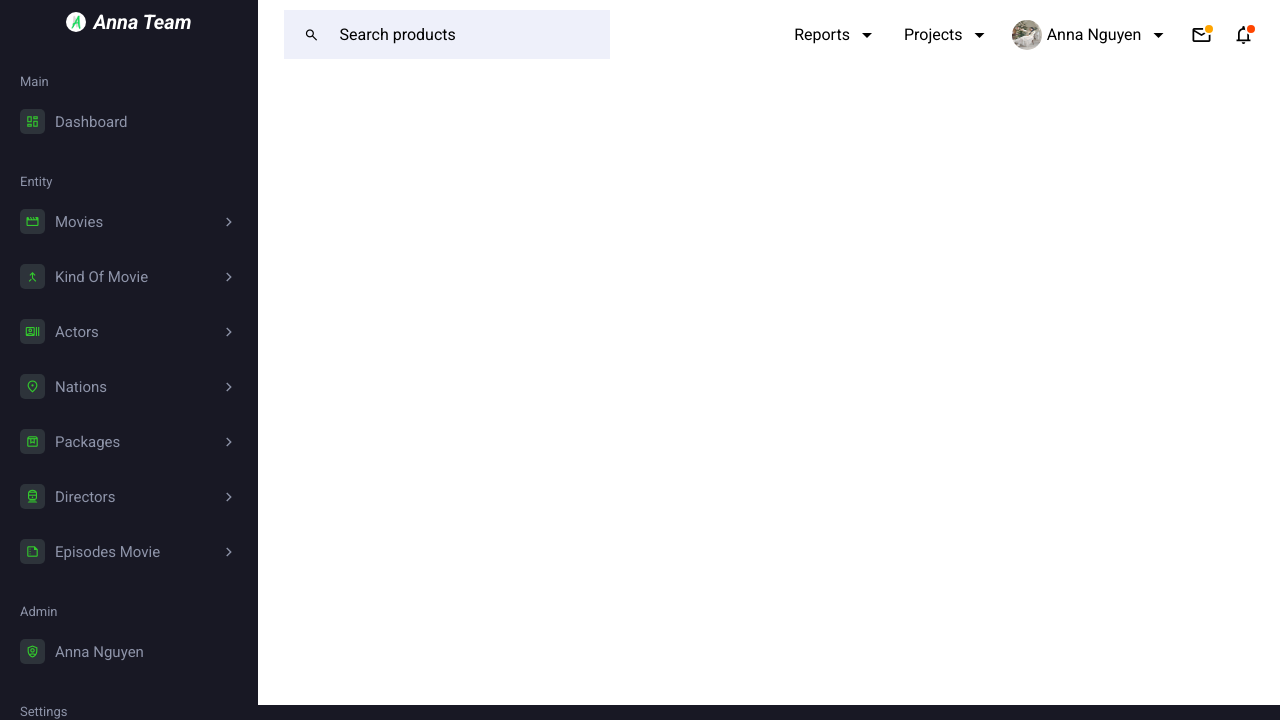
Repository: tuankiet10920/admin_vuejs
Page: / (app in frontend/)
An editor plug-in stored every save of this project. The page is shown before and after the next save, followed by the edit.
The browser window is 1280 px wide. The pictures show the whole page.
The page's requests for data from a server got no answer. The project was rebuilt for these pictures with package versions that can differ from the ones it lists, and the page was loaded fresh each time. No one was signed in, and anything a server would have sent is missing. Also part of the build but not shown: frontend/vite.config.js, frontend/src/views/HeaderView.vue, frontend/src/components/btn_action.vue.

Above is the page before, as saved 2024-09-30 20:50:13.
Console error: TypeError: this.body.forEach is not a function

### frontend/index.html
<!DOCTYPE html>
<html lang="en">

<head>
  <meta charset="UTF-8">
  <link rel="icon" href="/favicon.ico">
  <meta name="viewport" content="width=device-width, initial-scale=1.0">
  <title>Vite App</title>
  <link rel="stylesheet"
    href="https://fonts.googleapis.com/css2?family=Material+Symbols+Outlined:opsz,wght,FILL,GRAD@24,400,0,0" />
  <link rel="preconnect" href="https://fonts.googleapis.com">
  <link rel="preconnect" href="https://fonts.gstatic.com" crossorigin>
  <link
    href="https://fonts.googleapis.com/css2?family=Roboto:ital,wght@0,100;0,300;0,400;0,500;0,700;0,900;1,100;1,300;1,400;1,500;1,700;1,900&display=swap"
    rel="stylesheet">
  <link rel="stylesheet" href="./src/assets/css/style.css">
</head>

<body>
  <div id="app"></div>
  <script type="module" src="/src/main.js"></script>
</body>

</html>

### frontend/src/assets/css/style.css
* {
    margin: 0;
    padding: 0;
    box-sizing: border-box;
    text-decoration: none;
    list-style: none;
    font-family: "Roboto", sans-serif;
}
body {
    width: 100%;
    display: flex;
    justify-content: center;

}

#app {
    width: 100%;
    position: relative;
    display: flex;
}

body::-webkit-scrollbar-thumb {
    background: #0b4a08;
    /* Màu nền của phần kéo */
    /* Làm tròn góc */
}

body::-webkit-scrollbar {
    width: 15px;
    /* Độ rộng của thanh cuộn */
}

body::-webkit-scrollbar-track {
    background: #181824;
    /* Màu nền của phần track */
}

### frontend/src/App.vue
<template>
  <!-- sidebar -->
  <SideBar />

  <!-- main -->
  <div class="main-panel">
    <div class="main-panel-container">
      <!-- navbar -->
      <NavBar ref="navbar" @height-Navbar="getHeightNavbar" />

      <!-- main -->
      <!-- use router to switch views -->
      <RouterView class="main-views" :style="{ top: heightNavbar }"/>

      <!-- footer -->
      <Footer class="app-footer"/>
    </div>
  </div>
</template>

<script>
import { RouterView } from "vue-router";
import Header from "./views/HeaderView.vue";
import Footer from "./views/FooterView.vue";
import NavBar from "./components/navbar.vue";
import SideBar from "./components/sidebar.vue";
import { ref } from "vue";



export default {
  data() {
    return {
      heightNavbar: ref(0),
    };
  },
  components: {
    NavBar,
    SideBar,
    RouterView,
    Footer
  },
  methods: {
    getHeightNavbar: function (height) {
      this.heightNavbar = height + "px";
    }
  },

};
</script>

<style scoped>
.main-panel {
  position: absolute;
  top: 0;
  right: 0;
  width: calc(100% - 258px);
}

.main-panel-container {
  width: 100%;
  position: relative;
}
.main-views {
  position: absolute;
  min-height: 100vh;
  background: #F0F1F6;
}
.app-footer{
  position: fixed;
  bottom: 0;
  z-index: 100;
}
</style>

### frontend/src/views/FooterView.vue
<template>
  <div class="footer" @mouseover="footerHover" @mouseleave="footerLeave">
    <span v-if="checkFooter" v-html="textSpan"></span>
  </div>
</template>
<script>
import { ref } from "vue";
export default {
  data() {
    return {
      textSpan: "Contact: tuankiet10920@gmail.com",
      checkFooter: ref(false),
    };
  },
  methods: {
    footerHover: function () {
      let footer = document.querySelector(".footer");
      footer.classList.add("footer-active");
      footer.classList.remove("footer-active-live");
      this.checkFooter = true;
    },
    footerLeave: function () {
      let footer = document.querySelector(".footer");
      footer.classList.remove("footer-active");
      footer.classList.add("footer-active-live");
      this.checkFooter = false;
    },
  },
};
</script>
<style scoped>
.footer {
  height: 15px;
  width: calc(100% - 258px);
  padding: 5px 0px;
  display: flex;
  justify-content: center;
  align-items: center;
  background: #181824;
  color: #8e94a9;
}
.footer-active {
  height: 50px;
  animation: footer-show 0.3s linear;
  border-top: 10px solid #33c92d;
}
.footer-active-live {
  animation: footer-leave 0.3s linear;
  border-top: 10px solid #f0f1f6;
}
@keyframes footer-leave {
  0% {
    height: 50px;
    border-top: 10px solid #33c92d;
  }
  100% {
    border-top: 10px solid #f0f1f6;
    height: 15px;
  }
}
@keyframes footer-show {
  0% {
    border-top: 10px solid #f0f1f6;
    height: 15px;
  }
  100% {
    border-top: 10px solid #33c92d;
    height: 50px;
  }
}
.footer span {
  font-size: 10px;
}
</style>

### frontend/src/components/navbar.vue
<template>
  <nav class="navbar" ref="navbar">
    <div class="navbar-container">
      <div class="navbar-left">
        <SearchNavbar />
      </div>
      <div class="navbar-right">
        <LinkNavbar v-for="el in link_navbars" :key="el.id" :data="el"/>
        <NotifyButton v-for="btn in btn_notify" :key="btn.id" :data="btn"/>
      </div>
    </div>
  </nav>
</template>
<script>
import SearchNavbar from './search_navbar.vue'
import LinkNavbar from './link_navbar.vue'
import NotifyButton from './btn_notify.vue'
export default {
  data() {
    return {
      link_navbars: [
        {
          id: 1,
          name: 'Reports',
          optionImage: {
            isImage: false,
            srcImage: null
          }
        },
        {
          id: 2,
          name: 'Projects',
          optionImage: {
            isImage: false,
            srcImage: null
          }
        },
        {
          id: 3,
          name: 'Anna Nguyen',
          optionImage: {
            isImage: true,
            srcImage: 'bf-girl.jpg'
          }
        }
      ],
      btn_notify: [
        {
          id: 1,
          name_icon: 'mail',
          color_notify: 'orange'
        },
        {
          id: 2,
          name_icon: 'notifications',
          color_notify: 'orangered'
        }
      ]
    };
  },
  components: {
    SearchNavbar,
    LinkNavbar,
    NotifyButton
  },
  methods: {},
  mounted: function () {
    const heightNavbar = this.$refs.navbar.clientHeight;
    this.$emit("heightNavbar", heightNavbar);
  },
};
</script>
<style scoped>
.navbar {
  width: 100%;
  position: fixed;
  top: 0;
  width: calc(100% - 258px);
  z-index: 5;
  background: #fff;
  display: flex;
  justify-content: center;
  padding: 10px 0px;
}
.navbar-container{
  width: 95%;
  display: flex;
  justify-content: space-between;
  align-items: center;
}
.navbar-left{
  width: 30%;
  max-width: 30%;
  display: flex;
  align-items: center;
}
.navbar-right{
  width: 50%;
  max-width: 60%;
  display: flex;
  justify-content: end;
  align-items: center;
}
</style>

### frontend/src/views/HomeView.vue
<script setup>
import TableCustom from "../components/table.vue";
import { getData } from "@/api/connectApi";
import { ref, onMounted } from 'vue'

const headtb = ["stt", "name", "descib", "action"];
const movies = ref(0)


// ... rest of your code
onMounted(() => {
  getData()
  .then((response) => {
    movies.value = response
  })
  .catch((error) => {
    console.log(error);
  });
})
</script>

<template>
  <div class="template-box">
    <div class="dashboard">
      <h1>Dashboard</h1>
      <div class="all-movies">
        <h2>All Movies</h2>
        <TableCustom class="table-all-movies" :headtb="headtb" :bodytb="movies" />
      </div>
    </div>
  </div>
</template>
<style scoped>
.template-box {
  width: 100%;
  display: flex;
  justify-content: center;
}

.dashboard {
  width: 90%;
}

.box {
  background: #000;
  width: 100px;
  height: 150px;
  margin-bottom: 10px;
}

.all-movies {
  background: #fff;
  width: 100%;
}

.dashboard h1 {
  padding: 30px 0px;
  font-weight: 300;
}

.all-movies h2 {
  font-weight: 300;
  margin-bottom: 20px;
}
</style>

### frontend/src/components/search_navbar.vue
<template>
  <form class="navbar-search">
    <span class="material-symbols-outlined search-input"> search </span>
    <label for="seach-navbar-input" style="display: none"></label>
    <input type="text" id="seach-navbar-input" placeholder="Search products" />
  </form>
</template>
<script></script>
<style scoped>
.navbar-search {
  width: fit-content;
  padding: 15px 20px;
  background: #eef0fa;
  display: flex;
  align-items: center;
}
#seach-navbar-input {
  border: none;
  outline: none;
  padding-left: 20px;
  background: none;
  font-size: 16px;
  width: 270px;
}
#seach-navbar-input::placeholder{
    color: #000;
}
.search-input{
    font-size: 16px;
    color: #000;
}
</style>

### frontend/src/components/link_navbar.vue
<template>
  <div class="link-navbar">
    <div v-if="data_link.active_image" class="link-navbar-image">
      <img :src="data_link.src_link" alt="bf-girl" />
    </div>
    <div class="link-navbar-name">
      <p v-html="data_link.name_link"></p>
    </div>
    <span class="material-symbols-outlined"> arrow_drop_down </span>
  </div>
</template>
<script>
export default {
  props: {
    data: Object,
  },
  data() {
    return {
      data_link: {
        name_link: this.data.name,
        src_link:
          "http://localhost:5173/src/assets/img/" + this.data.optionImage.srcImage,
        active_image: this.data.optionImage.isImage,
      },
    };
  },
  methods: {},
};
</script>
<style scoped>
.link-navbar {
  display: flex;
  align-items: center;
  margin-left: 20px;
  cursor: pointer;
}
.link-navbar-image {
  width: 30px;
  height: 30px;
  object-fit: cover;
  border-radius: 50%;
  overflow: hidden;
}
.link-navbar-image img {
  width: 100%;
  height: 100%;
}
.link-navbar-name {
  margin: 0px 5px;
}
</style>

### frontend/src/components/btn_notify.vue
<template>
  <div class="btn-notify">
    <span class="material-symbols-outlined icon-notify" v-html="btn_notify.name"></span>
    <div class="notify-circle" :style="{ background: btn_notify.color }"></div>
  </div>
</template>
<script>
export default {
    props: {
        data: Object
    },
    data(){
        return{
            btn_notify: {
                id: this.data.id,
                name: this.data.name_icon,
                color: this.data.color_notify
            }
        }
    },
}
</script>
<style scoped>
.btn-notify {
  position: relative;
  height: fit-content;
  margin-left: 20px;
  cursor: pointer;
  display: flex;
  justify-content: center;
  align-items: center;
}
.icon-notify{
    font-size: 22px;
}
.notify-circle {
  position: absolute;
  top: -3%;
  right: -10%;
  width: 12px;
  height: 12px;
  border-radius: 50%;
  transform-origin: center;
  border: 2px solid #fff;
  animation: zoomin 0.5s linear;
}
@keyframes zoomin {
  25% {
    transform: scale(150%);
  }
  50% {
    transform: scale(100%);
  }
  75% {
    transform: scale(150%);
  }
  100% {
    transform: scale(100%);
  }
}
</style>

### frontend/src/components/link_sidebar.vue
<template>
  <div class="link-sidebar">
    <RouterLink :to="link_router">
      <span class="material-symbols-outlined arrow-forward"> arrow_forward </span>
      <p class="link-name" @click="changeColorLinkName" v-html="info"></p>
    </RouterLink>
  </div>
</template>
<script>
export default {
    data(){
        return{
            link_router: '/'
        }
    },
    props: {
        index: Number,
        info: String
    },
    methods: {
        changeColorLinkName: function(){
            let link_names = document.querySelectorAll('.link-name')
            let arrow_forward = document.querySelectorAll('.arrow-forward')
            link_names.forEach((element, index) => {
                element.classList.remove('active')
                arrow_forward[index].classList.remove('active')
            });
            link_names[this.index].classList.add('active')
            arrow_forward[this.index].classList.add('active')
        }
    }
}
</script>
<style scoped>
    .link-sidebar {
        width: 100%;
        padding: 10px 0px;
    }
    .link-sidebar a{
        width: 100%;
        display: flex;
        align-items: center;
    }
    .arrow-forward{
        font-size: 14px;
        margin-right: 30px;
        color: #8e94a9;
        /* #44495A */
        font-weight: 600;
    }
    .link-name{
        color: #8e94a9;
        font-size: 12px;
        transition: all .3s ease-in-out;
        font-weight: 600;
    }
    .link-name:hover{
        color: #44495A;
    }
    .active{
        color: #33c92d;
    }
</style>

### frontend/src/components/group_dashboard.vue
<template>
  <div class="group-dashboard">
    <div class="group-icon">
      <span class="material-symbols-outlined"> {{ data.icon_name }} </span>
    </div>
    <div class="group-name">
      <p>{{ data.name }}</p>
    </div>
    <span v-if="data.arrow_right === true"class="material-symbols-outlined arrow-right"> keyboard_arrow_right </span>
  </div>
</template>
<script>
export default {
    data(){
        return{
            data: this.info
        }
    },
    props: {
        info: Object
    }
}
</script>
<style scoped>
.group-dashboard {
  width: 100%;
  display: flex;
  align-items: center;
  padding: 10px 0px;
  position: relative;
  cursor: pointer;
  margin-top: 10px;
}
.group-icon {
  margin-right: 10px;
  display: flex;
  justify-content: center;
  align-items: center;
  padding: 5px;
  border-radius: 5px;
  background: rgba(194, 244, 219, 0.12);
}
.group-icon span {
  font-size: 15px;
  color: #33c92d;
}
.group-name p {
  color: #8e94a9;
  font-size: 15px;
  transition: all .3s ease-in-out;
}
.group-name p:hover{
  color: #fff;
}
.arrow-right{
  font-size: 18px;
  color: #8e94a9;
  position: absolute;
  top: 50%;
  right: 0;
  transform: translateY(-50%);
}
</style>

### frontend/src/components/table.vue
<template>
  <table class="table_custom">
    <thead>
      <tr>
        <th v-for="element in head" :style="{ width: `calc(100% / ${head.length})` }">
          <span v-html="element"></span>
        </th>
      </tr>
    </thead>
    <tbody>
      <tr v-for="element in body">
        <td v-for="key in Object.keys(element)" :style="{ width: `calc(100% / ${head.length})` }">
          <div class="button-box" v-if="key === 'action'">
            <a href="#" class="box-action" v-for="action in element[key]">
              <BtnAction :properties="action"/>
            </a>
          </div>
          <div class="text-box" v-else>
            <span
             v-html="element[key]" ></span
            >
          </div>
        </td>
      </tr>
    </tbody>
  </table>
</template>
<script>
import BtnAction from './btn_action.vue'
export default {
  data() {
    return {
      head: this.headtb,
      body: this.bodytb,
      data: this.bodytb,
    };
  },
  props: {
    headtb: Array,
    bodytb: Array,
  },
  components: {
    BtnAction
  },
  created: function(){
    this.body.forEach(element => {
      element.action = [
        {
          type: 'delete',
          color: 'orangered'
        },
        {
          type: 'edit',
          color: 'blue'
        }
      ]
    });
  },
  mounted: function () {
    // console.log(this.body);

  },
};
</script>
<style scoped>
.table_custom {
  border-collapse: collapse;
  width: 100%;
}
span{
  width: fit-content;
}
th,
td {
  padding: 20px 25px;
  text-align: start;
  border-bottom: 1px solid #f0f1f6;
  width: fit-content;
}
th span{
    text-transform: uppercase;
}
.text-box {
  max-width: 120px;
  width: 120px;
  overflow: hidden;
  text-overflow: ellipsis;
}
.text-box span {
  white-space: nowrap;
}
.box-action{
  margin-right: 5px;
}
</style>

Loaded but not shown: frontend/src/main.js (common file); frontend/src/router/index.js (common file); frontend/src/api/connectApi.js (22 lines, source omitted); frontend/src/components/sidebar.vue (388 lines, source omitted)

After the next save:
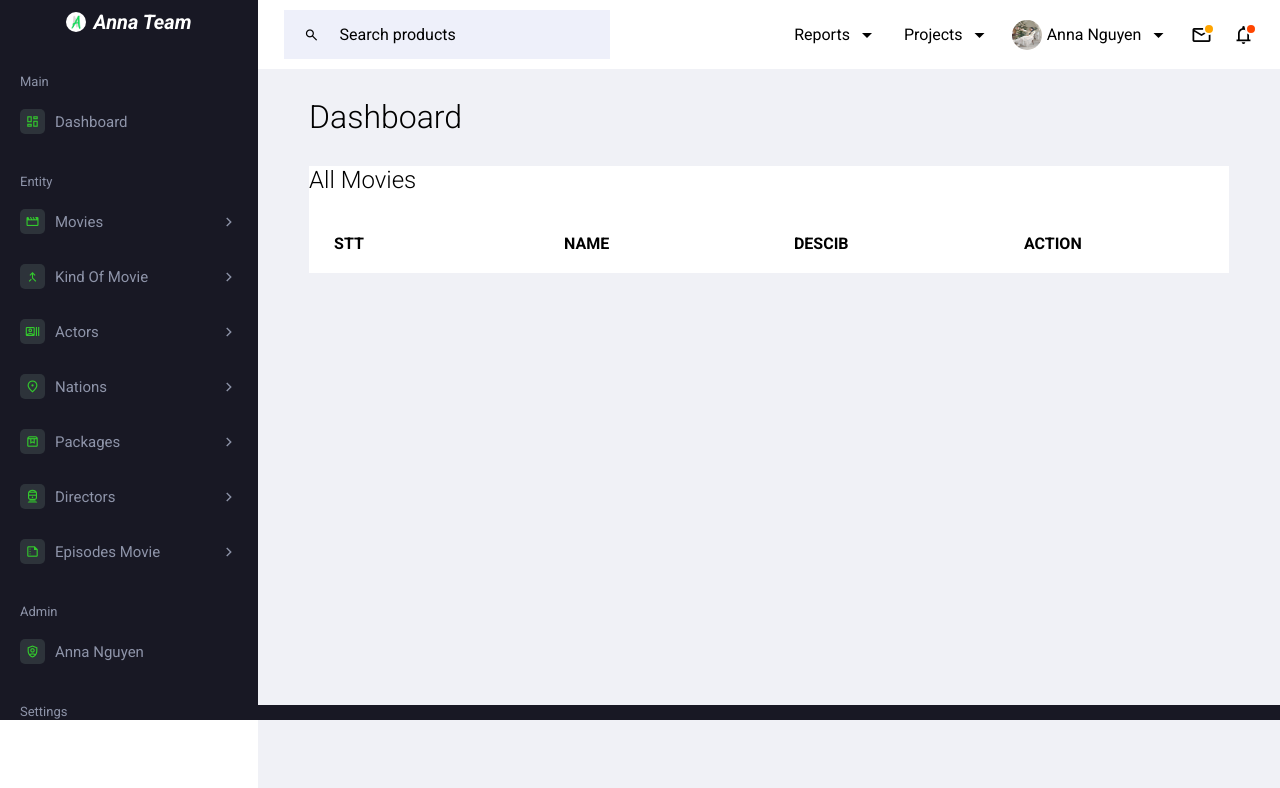
The error is gone.
Saved 14 s later.
--- a/frontend/src/views/HomeView.vue
+++ b/frontend/src/views/HomeView.vue
@@ -4,7 +4,7 @@ import { getData } from "@/api/connectApi";
 import { ref, onMounted } from 'vue'
 
 const headtb = ["stt", "name", "descib", "action"];
-const movies = ref(0)
+const movies = ref([])
 
 
 // ... rest of your code
